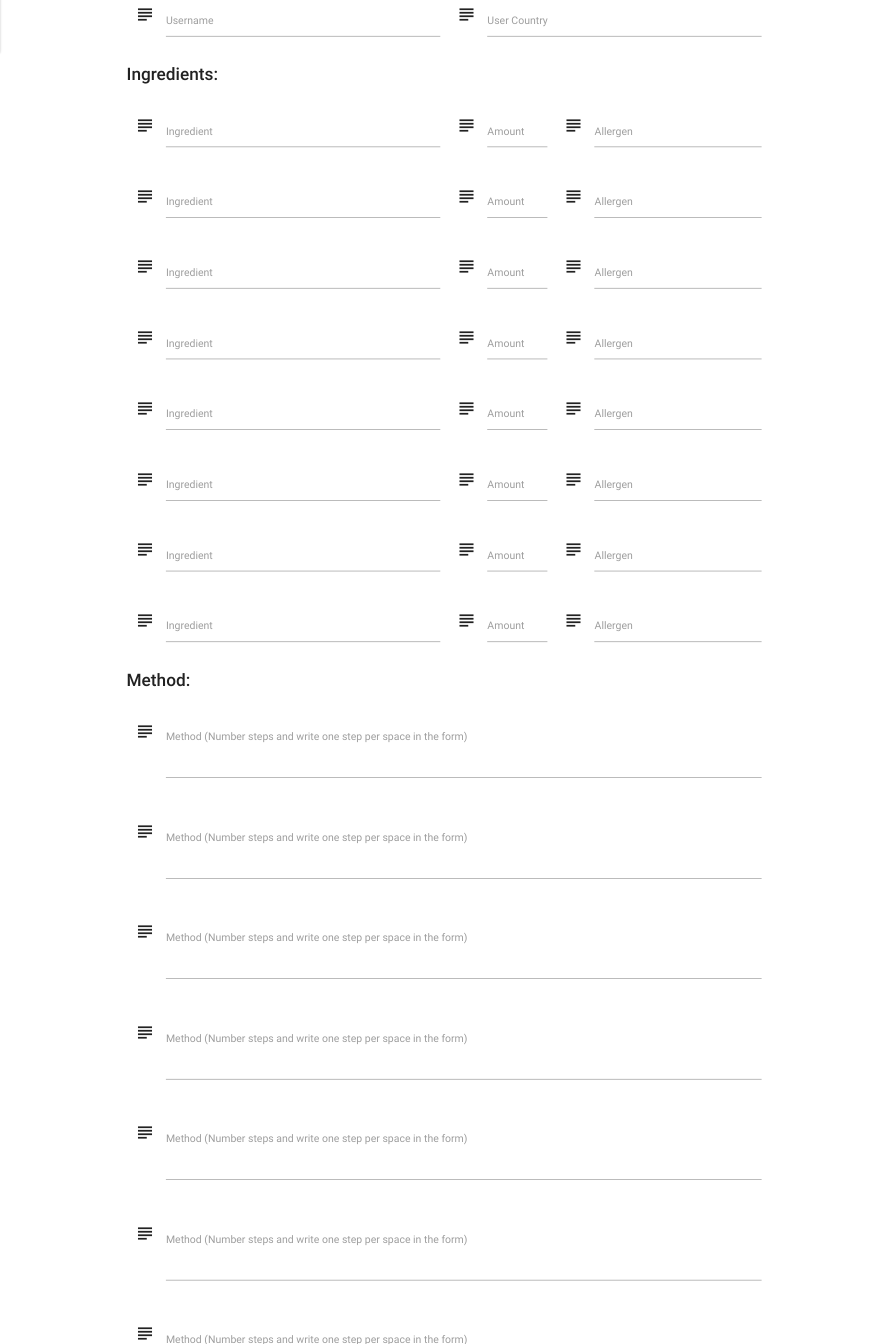
Repository: MarkSheehan72/milestone-project-3
Page: http://localhost/add_recipe
The author's editor kept a record of every edit. The page is drawn from the files as they stood at one moment, then again after the next edit.
The browser window is 1280 px wide. The pictures show the part of the page from y = 706 to 2626 px (the page is 3001 px tall before and 3002 px after), at 70% of full size.
Some web libraries are served in a nearby version. The page is served by the project's application, run on Flask 3 (app.py). Queries for data that is not in the repository find no rows.

Above is the page before.

After the next edit:
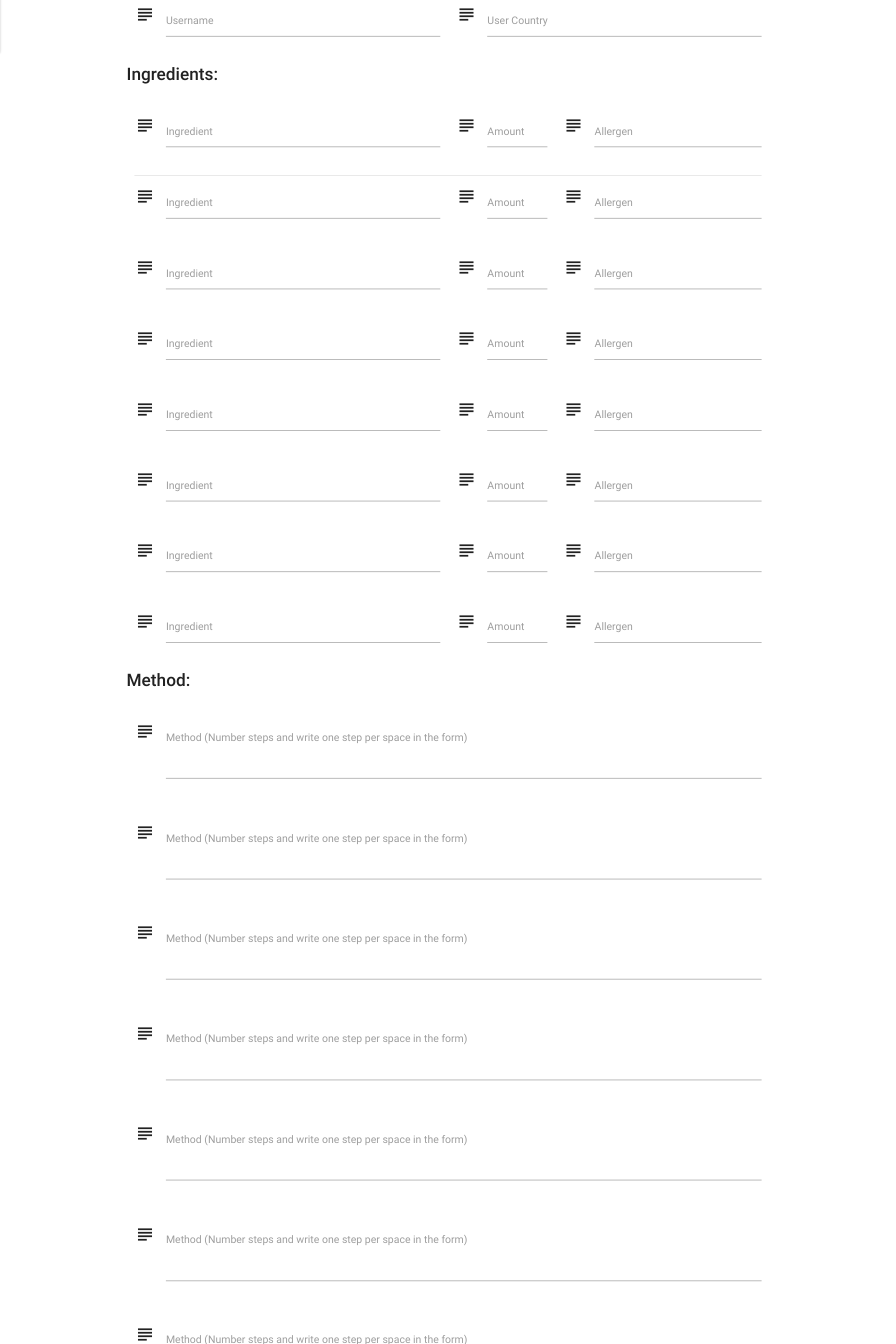
The edit:
--- a/templates/addrecipe.html
+++ b/templates/addrecipe.html
@@ -64,6 +64,7 @@
                 <label for="icon_telephone">Allergen</label>
             </div>
         </div>
+        <div class="divider"></div>
         <div class="row">
             <div class="input-field col s12 m6">
                 <i class="material-icons prefix">subject</i>
